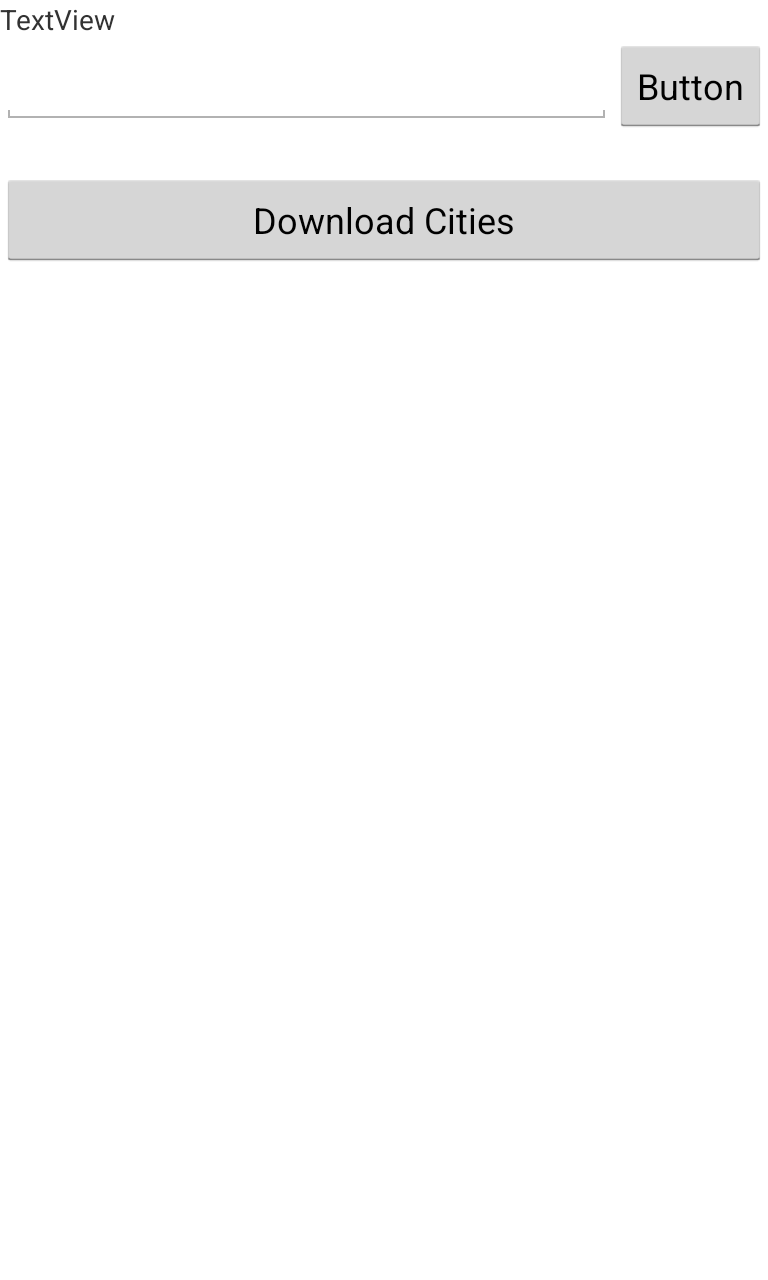
Repository: vinny1575/Java1
Layout: TempCalc20/res/layout/form.xml
These files come from the project's save history. The layout is drawn as it stood at one moment and after the next save; the edit follows.
It is drawn on a 768 x 1280 px phone screen (xhdpi) without system bars, with theme AppTheme; the app's code is not run.

Above is the layout before, as saved 2013-05-02 01:17:10.

After the next save:
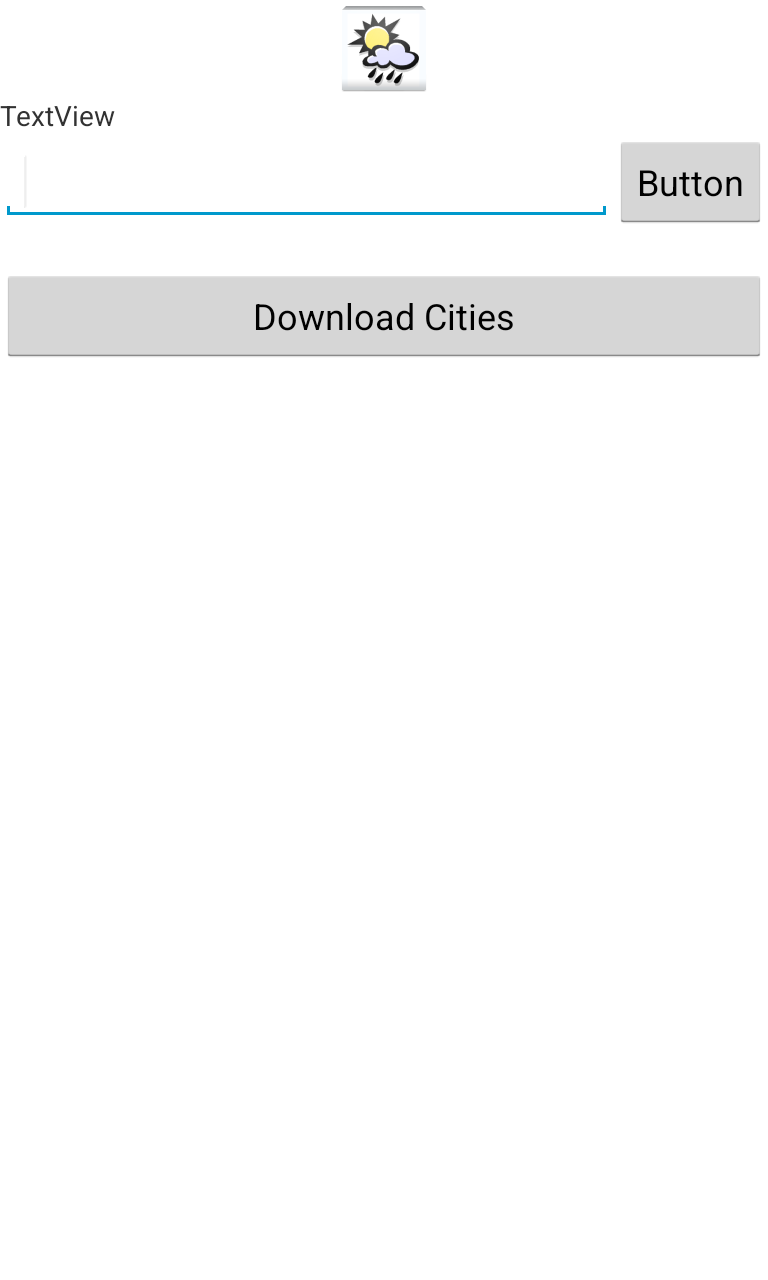
Saved 10 h 31 min later.
--- a/TempCalc20/res/layout/form.xml
+++ b/TempCalc20/res/layout/form.xml
@@ -3,6 +3,12 @@
     android:layout_width="match_parent"
     android:layout_height="match_parent"
     android:orientation="vertical" >
+
+    <ImageView
+        android:id="@+id/imageView1"
+        android:layout_width="match_parent"
+        android:layout_height="wrap_content"
+        android:src="@drawable/weather" />
 
     <TextView
         android:id="@+id/textView2"
@@ -13,6 +19,8 @@
     <LinearLayout
         android:layout_width="match_parent"
         android:layout_height="wrap_content" >
+
+        <requestFocus android:layout_weight="1" />
 
         <EditText
             android:id="@+id/editText1"

After the save that followed:
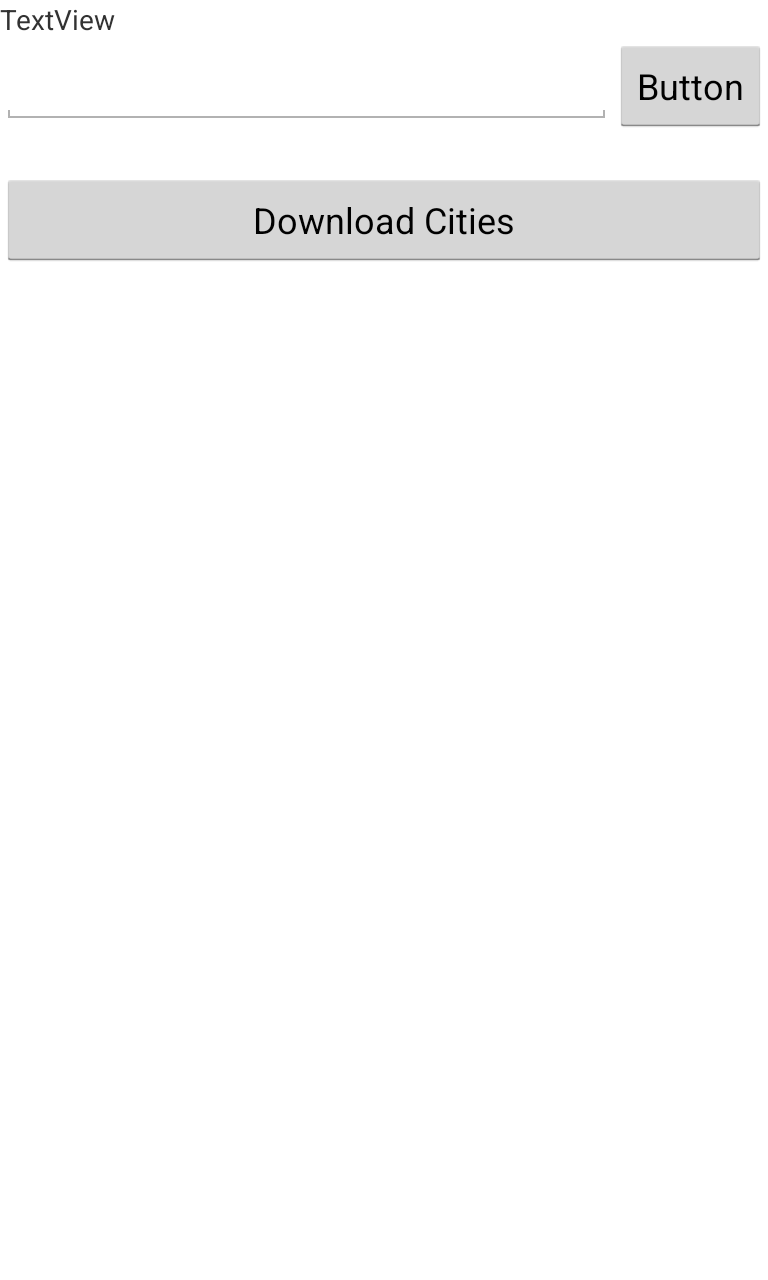
Saved 5 min 3 s later.
--- a/TempCalc20/res/layout/form.xml
+++ b/TempCalc20/res/layout/form.xml
@@ -3,12 +3,6 @@
     android:layout_width="match_parent"
     android:layout_height="match_parent"
     android:orientation="vertical" >
-
-    <ImageView
-        android:id="@+id/imageView1"
-        android:layout_width="match_parent"
-        android:layout_height="wrap_content"
-        android:src="@drawable/weather" />
 
     <TextView
         android:id="@+id/textView2"
@@ -19,8 +13,6 @@
     <LinearLayout
         android:layout_width="match_parent"
         android:layout_height="wrap_content" >
-
-        <requestFocus android:layout_weight="1" />
 
         <EditText
             android:id="@+id/editText1"
